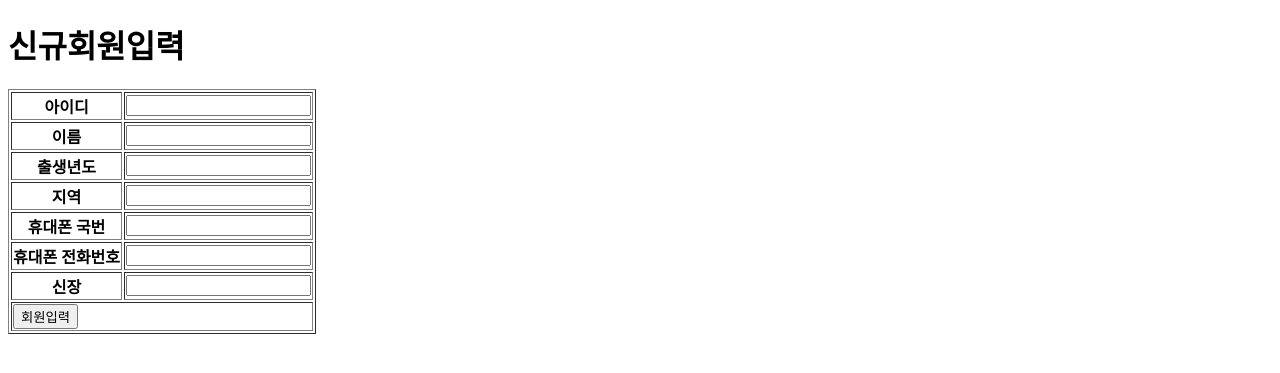
Repository: Junvelop/hkdevelope
Page: http://localhost/01_userboard_sepa/userUpdateForm.jsp
These files come from the project's save history. The page is drawn as it stood at one moment and after the next save; the edit follows.
The browser window is 1280 px wide. The pictures show the whole page.
The page is served by Tomcat 9.

Above is the page before, as saved 2024-09-04 04:22:35.

After the next save:
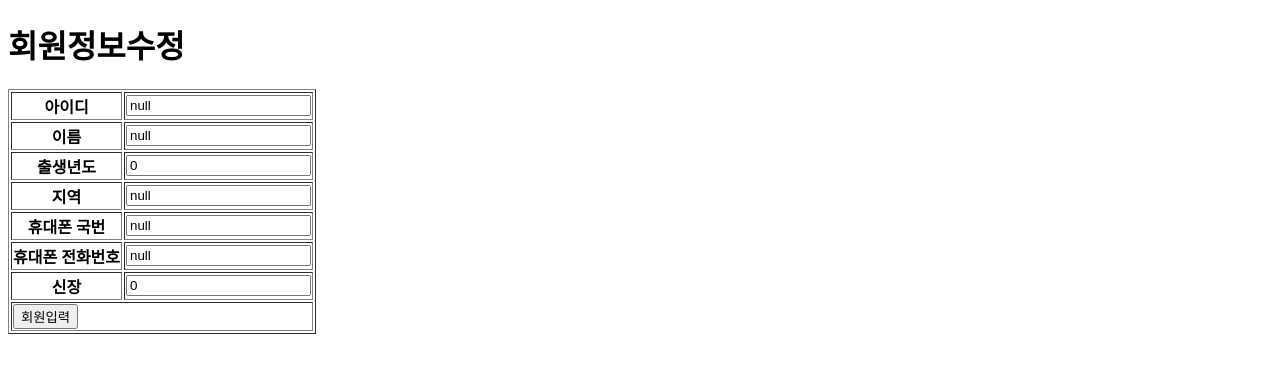
Saved 9 min 55 s later.
--- a/Downloads/back_end_edu20240624-master (1)/01_userboard_sepa/src/main/webapp/userUpdateForm.jsp
+++ b/Downloads/back_end_edu20240624-master (1)/01_userboard_sepa/src/main/webapp/userUpdateForm.jsp
@@ -1,3 +1,5 @@
+<%@page import="com.hk.board.dtos.UserDao"%>
+<%@page import="com.hk.board.dtos.UserDto"%>
 <%@ page language="java" contentType="text/html; charset=EUC-KR"
     pageEncoding="EUC-KR"%>
 <%request.setCharacterEncoding("utf-8"); %>
@@ -8,38 +10,46 @@
 <meta charset="EUC-KR">
 <title>회원정보 수정</title>
 </head>
+<% //수정하려고 하는 회원의 아이디를 받는다
+	String userId = request.getParameter("userId");
+
+	//전달받은 ID에 해당하는 회원의 정보를 조회
+	UserDao dao = new UserDao();
+	UserDto dto = new UserDto();
+
+%>
 <body>
 
-<h1>신규회원입력</h1>
+<h1>회원정보수정</h1>
 <form action="userUpdate.jsp" method="post">
 	<table border="1">
 		<tr>
 			<th>아이디</th>
-			<td><input type="text" name="userId"/></td>
+			<td><input type="text" name="userId" value = "<%=dto.getUserId()%>"/></td>
 		</tr>
 		<tr>
 			<th>이름</th>
-			<td><input type="text" name="name"/></td>
+			<td><input type="text" name="name" value = "<%=dto.getName()%>" /></td>
 		</tr>
 		<tr>
 			<th>출생년도</th>
-			<td><input type="text" name="birthYear"/></td>
+			<td><input type="text" name="birthYear" value = "<%=dto.getBirthYear()%>"/></td>
 		</tr>
 		<tr>
 			<th>지역</th>
-			<td><input type="text" name="addr"/></td>
+			<td><input type="text" name="addr" value = "<%=dto.getAddr()%>"/></td>
 		</tr>
 		<tr>
 			<th>휴대폰 국번</th>
-			<td><input type="text" name="mobile1"/></td>
+			<td><input type="text" name="mobile1" value = "<%=dto.getMobile1()%>"/></td>
 		</tr>
 		<tr>
 			<th>휴대폰 전화번호</th>
-			<td><input type="text" name="mobile2"/></td>
+			<td><input type="text" name="mobile2" value = "<%=dto.getMobile2()%>"/></td>
 		</tr>
 		<tr>
 			<th>신장</th>
-			<td><input type="text" name="height"/></td>
+			<td><input type="text" name="height" value = "<%=dto.getHeight()%>"/></td>
 		</tr>
 		<tr>
 			<td colspan="2">
